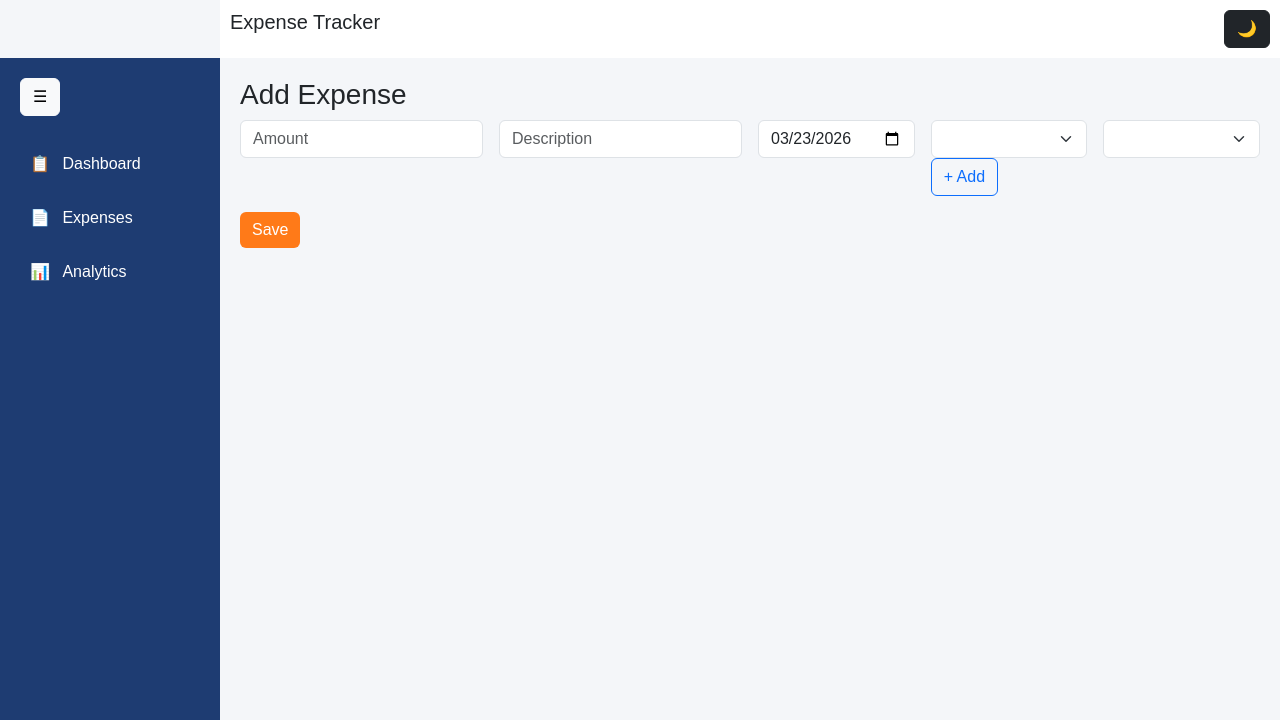
Repository: TejasChoudhary1996/expense-microservices
Page: http://localhost/ui-service/WEB-INF/jsp/pages/dashboard.jsp
An editor plug-in stored every save of this project. The page is shown before and after the next save, followed by the edit.
The browser window is 1280 px wide. The pictures show the whole page.
The page is served by Tomcat 10. Nobody is signed in. The template is opened directly, without the code that normally fills it, so the values that code supplies are empty.

Above is the page before, as saved 2026-03-27 19:32:34.

After the next save:
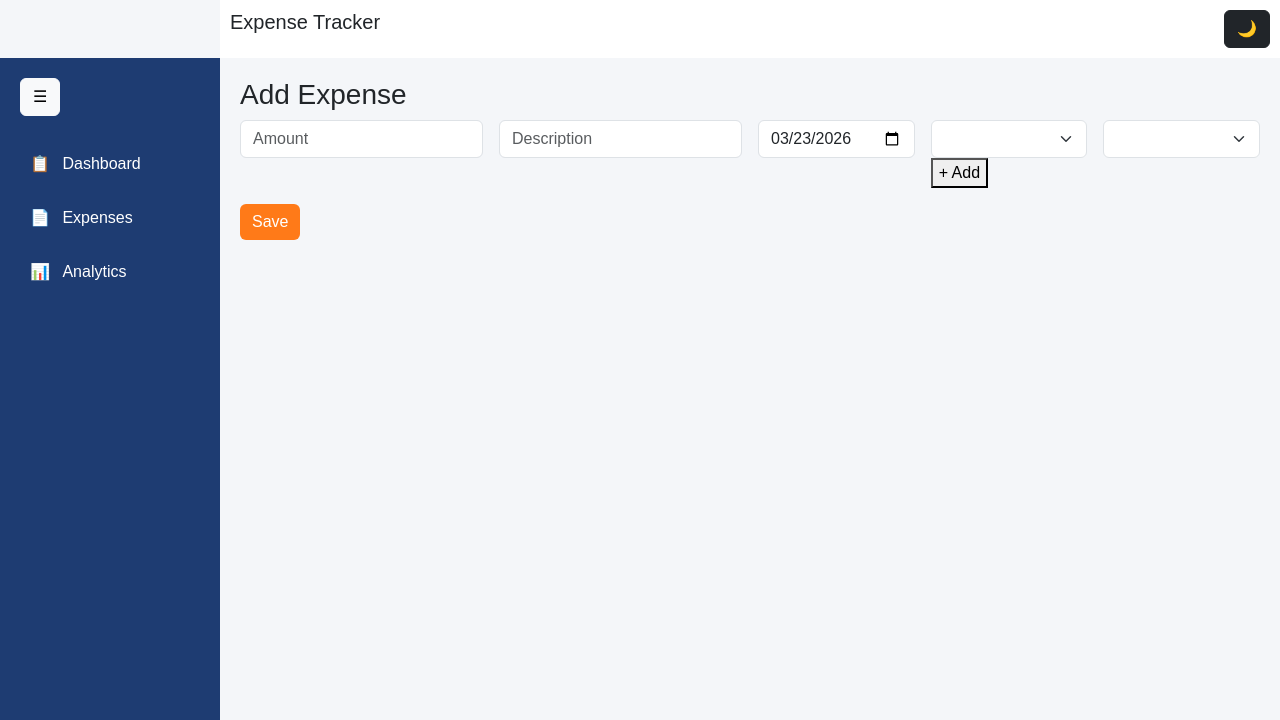
Saved 22 s later.
--- a/ui-service/src/main/webapp/WEB-INF/jsp/pages/dashboard.jsp
+++ b/ui-service/src/main/webapp/WEB-INF/jsp/pages/dashboard.jsp
@@ -26,9 +26,9 @@
 <option>${c.name}</option>
 </c:forEach>
 </select>
-<button type="button" class="btn btn-outline-primary">
-            + Add
-          </button>
+<button type="button" data-bs-toggle="modal" data-bs-target="#addCategoryModal">
+  + Add
+</button>
 </div>
 
 <div class="col-md-2">
